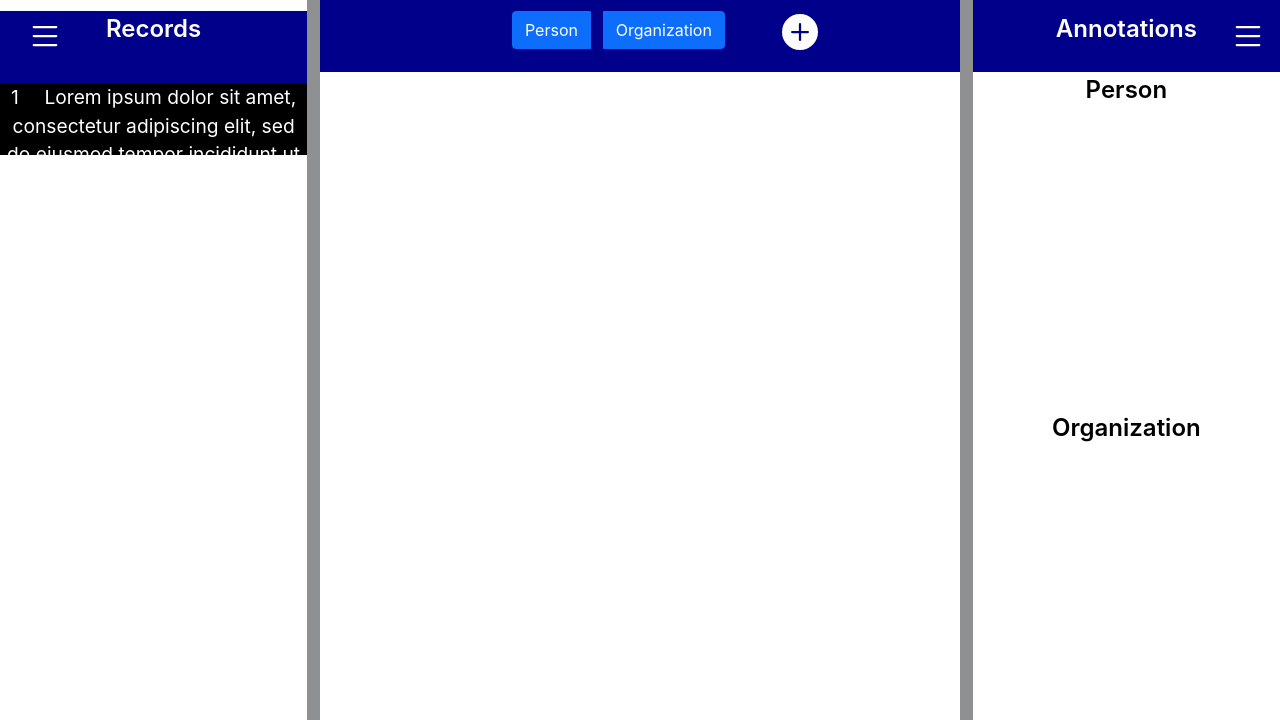
Repository: napan24/classforma_assignment
Page: / (app in client/)
An editor plug-in stored every save of this project. The page is shown before and after the next save, followed by the edit.
The browser window is 1280 px wide. The pictures show the whole page.
The project was rebuilt for these pictures with package versions that can differ from the ones it lists, and the page was loaded fresh each time. Also part of the build but not shown: client/src/App.css.

Above is the page before, as saved 2022-07-20 18:52:22.

After the next save:
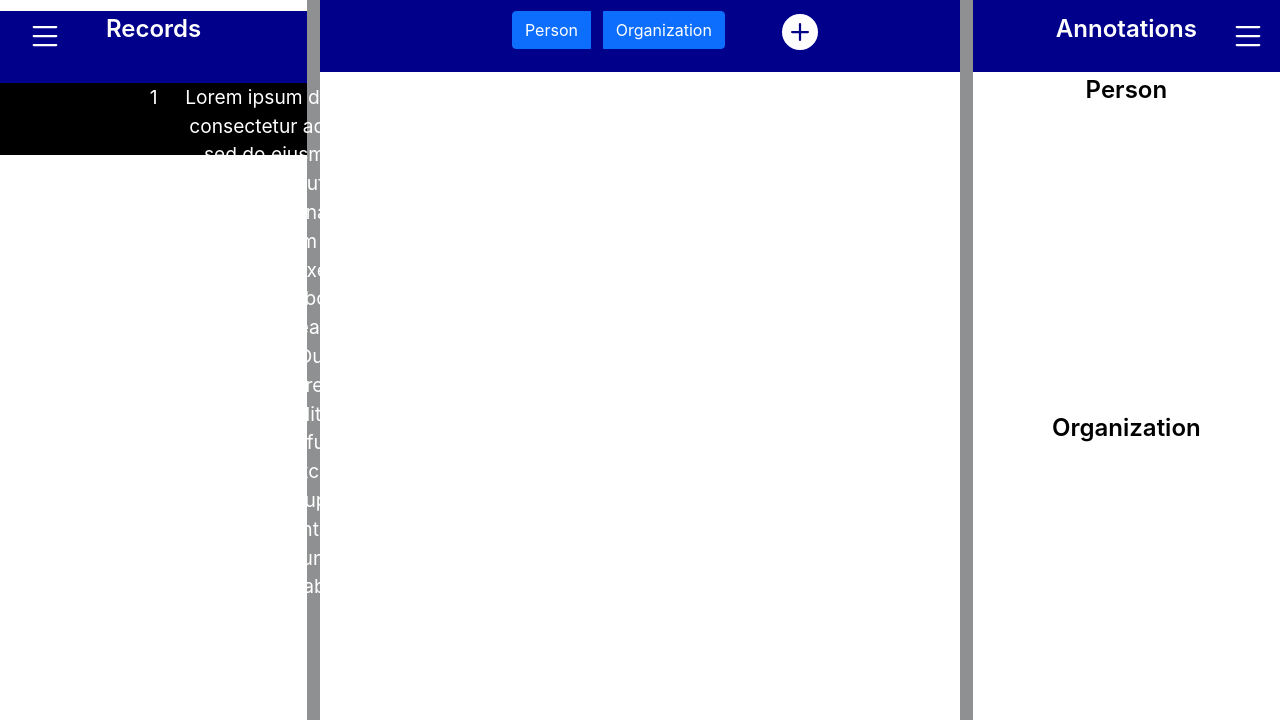
Saved 7 s later.
--- a/client/src/Home.js
+++ b/client/src/Home.js
@@ -111,7 +111,7 @@
                         <span style={{top:"10vh"}}>
                             1
                         </span>
-                        <span style={{height:"10vh",width:"20vw",marginLeft:"2vw"}}>
+                        <span style={{height:"10vh",width:"20vw",marginLeft:"2vw",position:'absolute'}}>
                             Lorem ipsum dolor sit amet, consectetur adipiscing elit, sed do eiusmod tempor incididunt ut labore et dolore magna aliqua. Ut enim ad minim veniam, quis nostrud exercitation ullamco laboris nisi ut aliquip ex ea commodo consequat. Duis aute irure dolor in reprehenderit in voluptate velit esse cillum dolore eu fugiat nulla pariatur. Excepteur sint occaecat cupidatat non proident, sunt in culpa qui officia deserunt mollit anim id est laborum.
                         </span>
                     </div>

After the save that followed:
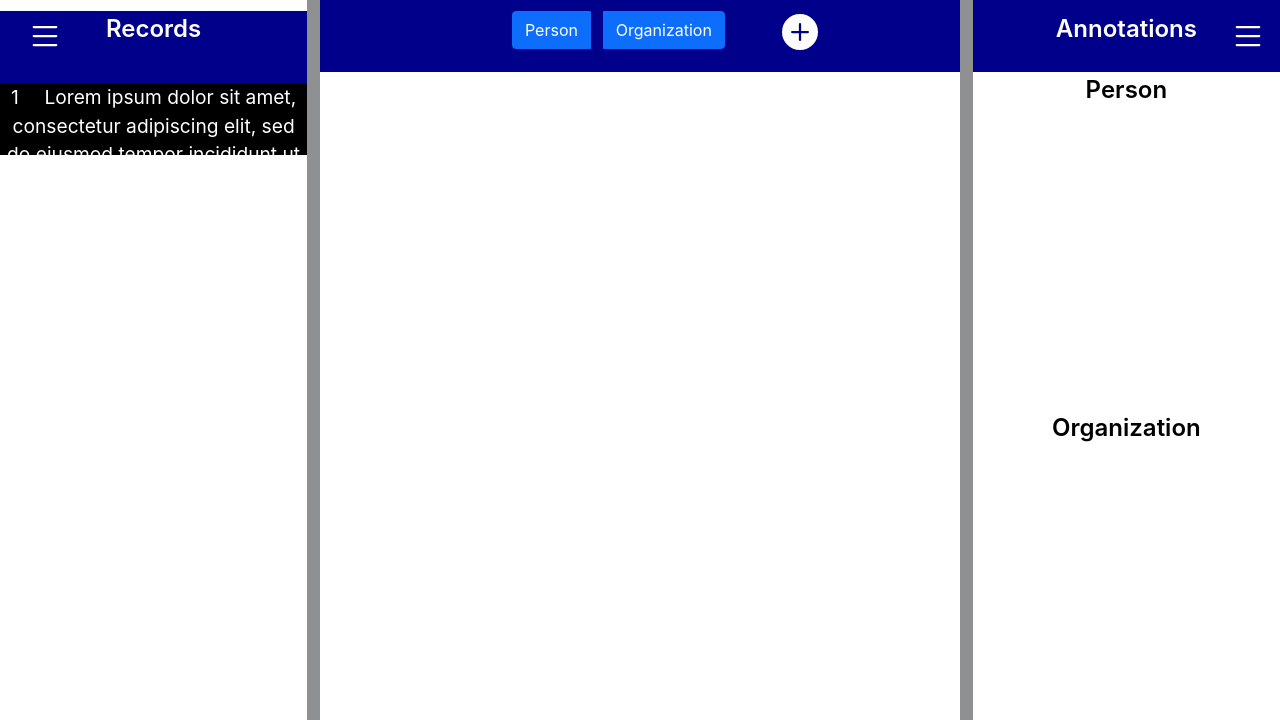
Saved 8 s later.
--- a/client/src/Home.js
+++ b/client/src/Home.js
@@ -111,7 +111,7 @@
                         <span style={{top:"10vh"}}>
                             1
                         </span>
-                        <span style={{height:"10vh",width:"20vw",marginLeft:"2vw",position:'absolute'}}>
+                        <span style={{height:"10vh",width:"20vw",marginLeft:"2vw"}}>
                             Lorem ipsum dolor sit amet, consectetur adipiscing elit, sed do eiusmod tempor incididunt ut labore et dolore magna aliqua. Ut enim ad minim veniam, quis nostrud exercitation ullamco laboris nisi ut aliquip ex ea commodo consequat. Duis aute irure dolor in reprehenderit in voluptate velit esse cillum dolore eu fugiat nulla pariatur. Excepteur sint occaecat cupidatat non proident, sunt in culpa qui officia deserunt mollit anim id est laborum.
                         </span>
                     </div>
